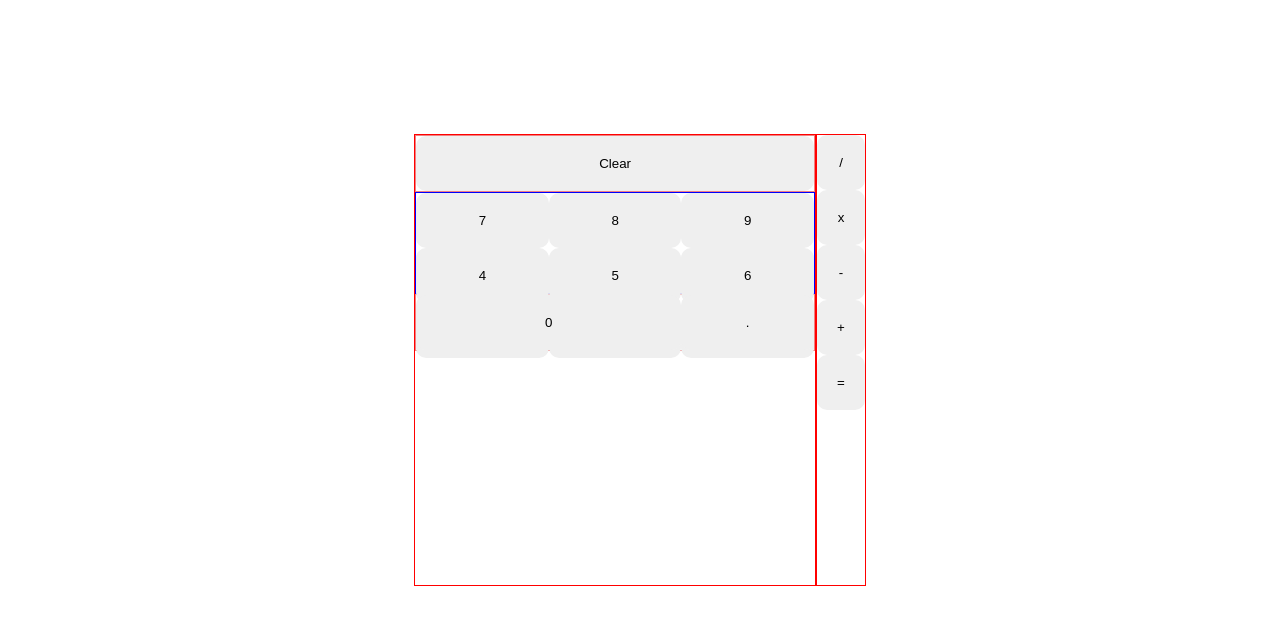
Repository: kocokoy/Calculator
Page: index.html
An editor plug-in stored every save of this project. The page is shown before and after the next save, followed by the edit.
The browser window is 1280 px wide. The pictures show the whole page.

Above is the page before, as saved 2024-10-22 15:59:20.

After the next save:
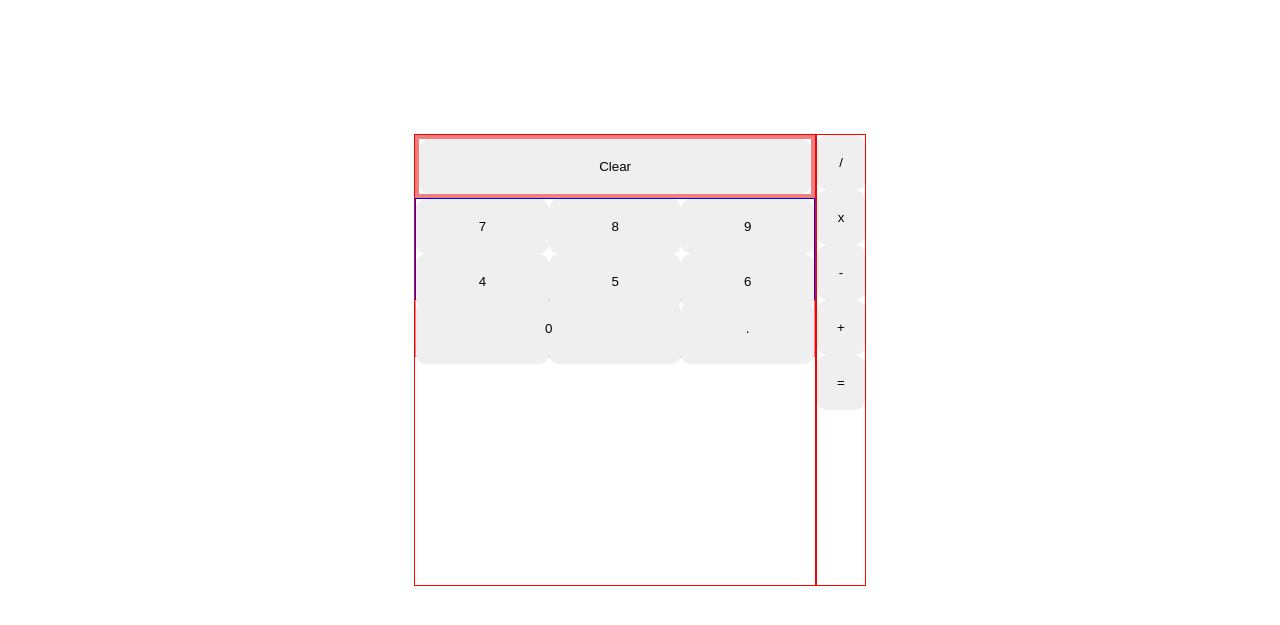
Saved 10 s later.
--- a/style.css
+++ b/style.css
@@ -23,7 +23,7 @@ body button{
 .clear-button-container{
   display: grid;
   grid-template-columns: 1fr;
-  border: 1px solid lightcoral;
+  border: 4px solid lightcoral;
 }
 .number-container{
   display: grid;
